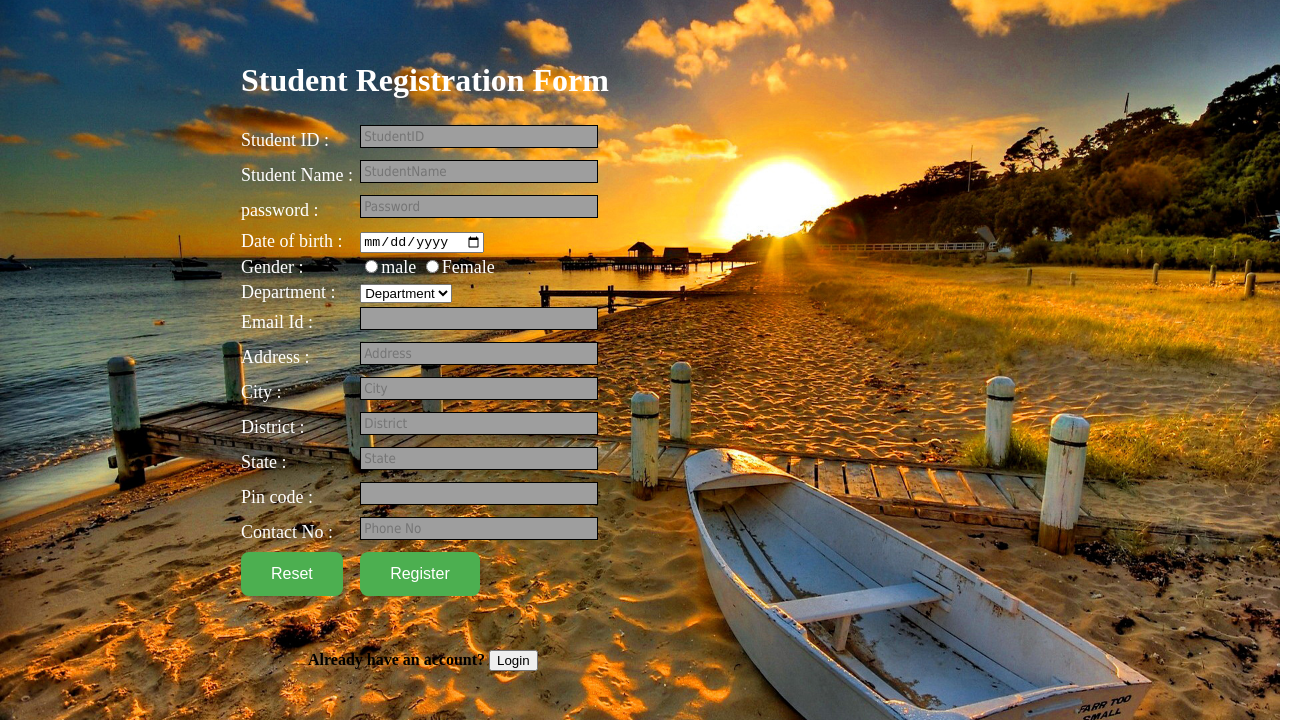
Repository: srikanthModugu/jdbc-servlet-jsp
Page: SutudentRegistration/WebContent/Registration.html
An editor plug-in stored every save of this project. The page is shown before and after the next save, followed by the edit.
The browser window is 1280 px wide. The page is 1308 px wide, so the pictures cover 1308 px, including what lies to the right of the window. The pictures show the whole page.
Pictures or frames that could not be fetched are drawn as grey boxes.

Above is the page before, as saved 2017-10-03 10:25:06.

### SutudentRegistration/WebContent/Registration.html
<!DOCTYPE html>
<html>
<head>
<meta charset="UTF-8">
<title>Registration Page</title>
<style type="text/css">
.button {
	border: none;
	border-radius: 8px;
	color: white;
	padding: 13px 30px;
	text-align: center;
	text-decoration: none;
	background-color: #4CAF50;
	display: inline-block;
	font-size: 16px;
}
.tb10 {
	background-image:url(images/form_bg.jpg);
	background-repeat:repeat-x;
	border:1.5px solid black;
	width: 230px;
	color:navy;
	padding:3px;
	margin-right:4px;
	margin-bottom:8px;
	font-family:tahoma, arial, sans-serif;
}
.bg {
    /* The image used */
    background-image: url("back.jpg");

    /* Full height */
    height: 100%;

    /* Center and scale the image nicely */
    background-position: center;
    background-repeat: no-repeat;
    background-size: cover;
}

input[type=submit]
{
	border: none;
	border-radius: 8px;
	color: white;
	padding: 13px 30px;
	text-align: center;
	text-decoration: none;

	display: inline-block;
	font-size: 16px;
}

button:hover {
	background-color: #4CAF50;
	color: white;
	box-shadow: 0 12px 16px 0 rgba(0, 0, 0, 0.24), 0 17px 50px 0
		rgba(0, 0, 0, 0.19);
}

td {
	font-size: 18px;
}
</style>

</head>
<body class="bg">


		<div style="height: 700px; width: 1300px; color: white; float: left;">

			<div style="height: 700px; width: 200px;  float: left;">

			</div>

			<div
				style="height: 700px; width: 700px;  color: black; float: left;">
				<form action="Registration" method="get" >
					<table style="height: 600; width: 700; margin: 30px;  color: white;">

						<tr>
							<th colspan="2"><h1>Student Registration Form</h1></th>
						</tr>

						<tr>
							<td>Student ID :</td>
							<td><input class="tb10" type='text' name='studentid' size='30' placeholder="StudentID" ><br></td>
						</tr>

						<tr>
							<td>Student Name :</td>
							<td><input class="tb10" type='text' name='studentName' size='30'placeholder="StudentName"><br></td>
						</tr>

						<tr>
							<td>password :</td>
							<td><input class="tb10" type='password' name='password' size='30' placeholder="Password" ><br></td>
						</tr>

						<tr>
							<td>Date of birth :</td>
							<td><input type='date'  name="DOB">
							<br></td>
						</tr>

						<tr>
							<td>Gender :</td>
							<td><input type='radio' name='gender' value='male'>male
								<input type='radio' name='gender' value='female'>Female<br></td>
						</tr>

						<tr>
							<td>Department :</td>
							<td><select name='department'>
									<option>Department</option>
									<option>Computer</option>
									<option>Civil</option>
									<option>E & TC</option>
									<option>Mechanical</option>
									<option>IT</option>
							</select></td>
						</tr>

						<tr>
							<td>Email Id :</td>
							<td><input  class="tb10" type='email' name='emailId' size='30' "><br></td>
						</tr>

						<tr>
							<td>Address :</td>
							<td><input  class="tb10" type='text' name='address' placeholder="Address" size='30'><br></td>
						</tr>

						<tr>
							<td>City :</td>
							<td><input class="tb10" type='text' name='city' size='30'placeholder="City"><br></td>
						</tr>

						<tr>
							<td>District :</td>
							<td><input class="tb10" type='text' name='district' size='30' placeholder="District"><br></td>
						</tr>

						<tr>
							<td>State :</td>
							<td><input class="tb10" type='text' name='state' size='30'placeholder="State"><br></td>
						</tr>

						<tr>
							<td>Pin code :</td>
							<td><input class="tb10" type='text' name='pincode' size='30' maxlength="6"><br></td>
						</tr>

						<tr>
							<td>Contact No :</td>
							<td><input class="tb10" type='text' name='mobileNo' size='30' placeholder="Phone No"><br></td>
						</tr>


						<tr>
							<td><button class="button" type="submit" formaction="RegisterForm.html">Reset</button></td>
							<td><input class="button" type="submit" value="Register" ></td>
						</tr>
					</table>

					<div
						style="height: 25px; width: 400px;  color: black; float: left; margin-left: 100px">
						<h4>
							Already have an account?
							<button type="submit" formaction="LoginPage.html">Login</button>
						</h4>
					</div>
				</form>


			</div>

	</div>

</html>

After the next save:
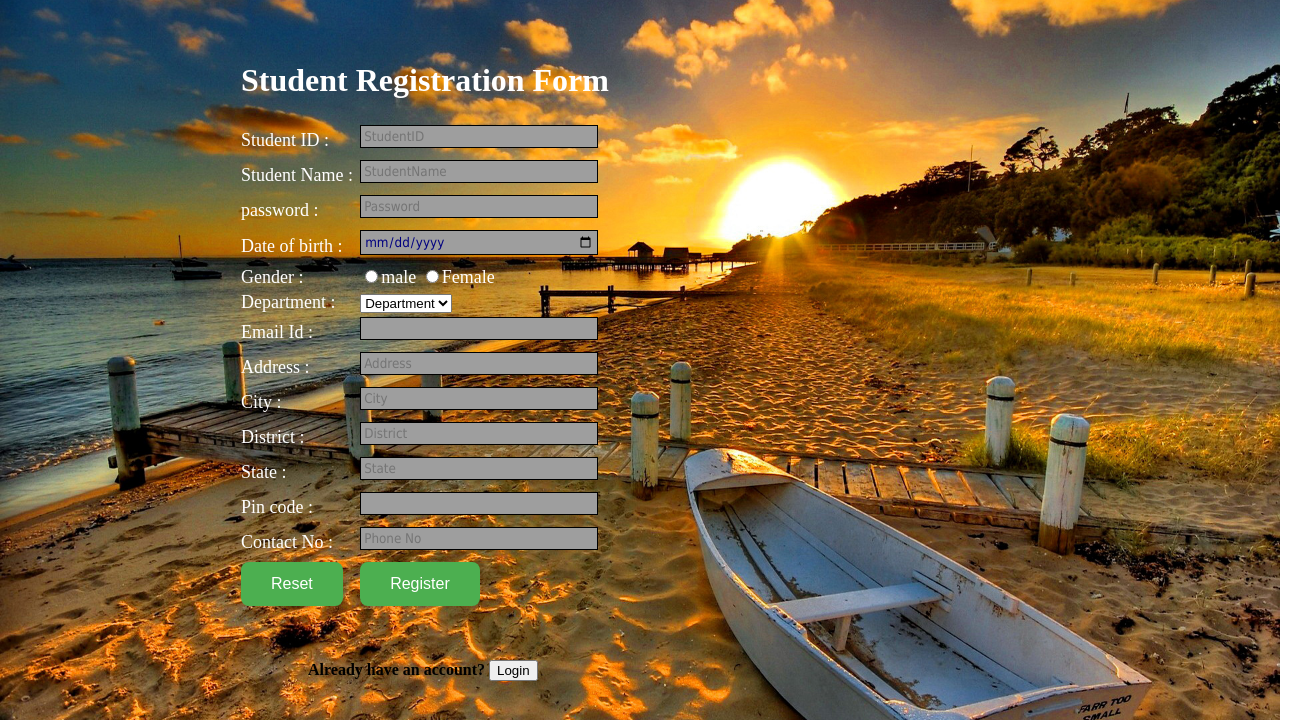
Saved 24 s later.
--- a/SutudentRegistration/WebContent/Registration.html
+++ b/SutudentRegistration/WebContent/Registration.html
@@ -40,7 +40,7 @@
 }
 
 input[type=submit]
-{
+{d #d1c7ac
 	border: none;
 	border-radius: 8px;
 	color: white;
@@ -100,7 +100,7 @@ td {
 
 						<tr>
 							<td>Date of birth :</td>
-							<td><input type='date'  name="DOB">
+							<td><input class="tb10" type='date'  name="DOB">
 							<br></td>
 						</tr>
 
